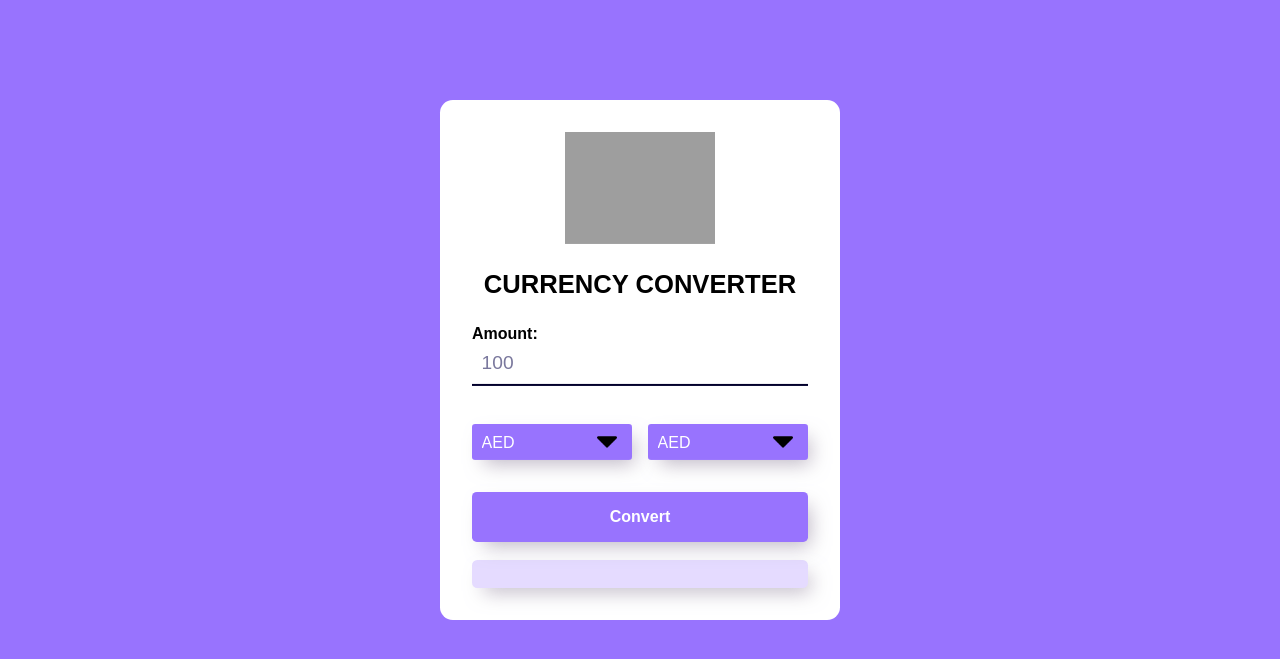
Repository: juansesu3/MoneyExchangeV4
Page: / (app in moneyConvertV4/)
The author's editor kept a copy of each file at every save. The page is drawn from the files as they stood at one save, then again after a run of saves.
The browser window is 1280 px wide. The pictures show the whole page.
Pictures or frames that could not be fetched are drawn as grey boxes. The page's requests for data from a server got no answer. The project was rebuilt for these pictures with package versions that can differ from the ones it lists, and the page was loaded fresh each time. No one was signed in, and anything a server would have sent is missing. Also part of the build but not shown: moneyConvertV4/vite.config.js.

Above is the page before, as saved 2023-03-29 09:48:14.

After the next 2 saves:
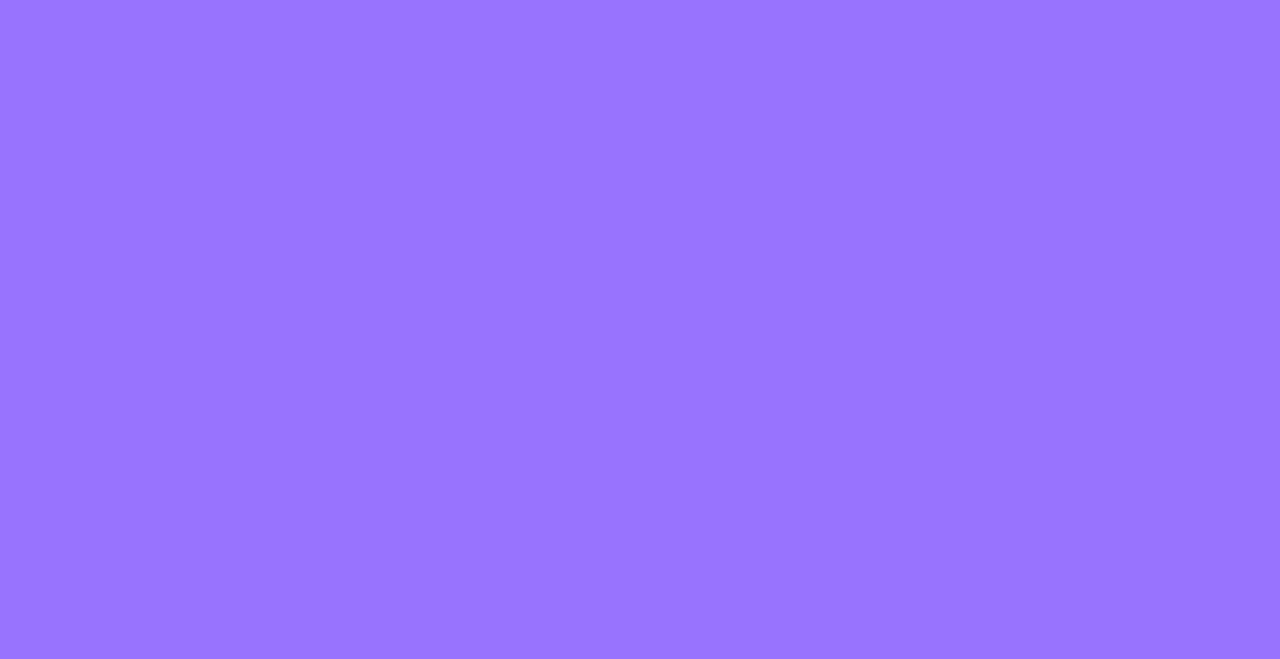
Console error: ReferenceError: from is not defined
The 2 saves are shown as one change because they came seconds apart.
The last was saved 2 min 12 s later.
--- a/moneyConvertV4/src/App.jsx
+++ b/moneyConvertV4/src/App.jsx
@@ -185,6 +185,7 @@
 
   let api = `https://v6.exchangerate-api.com/v6/48f9da01adc99f959985ea50/latest/USD`;
   const fromDropDown = document.getElementById('from-currency-select');
+  from
   const toDropDown = document.getElementById('to-currency-select')
 
 

After the 3 saves that followed:
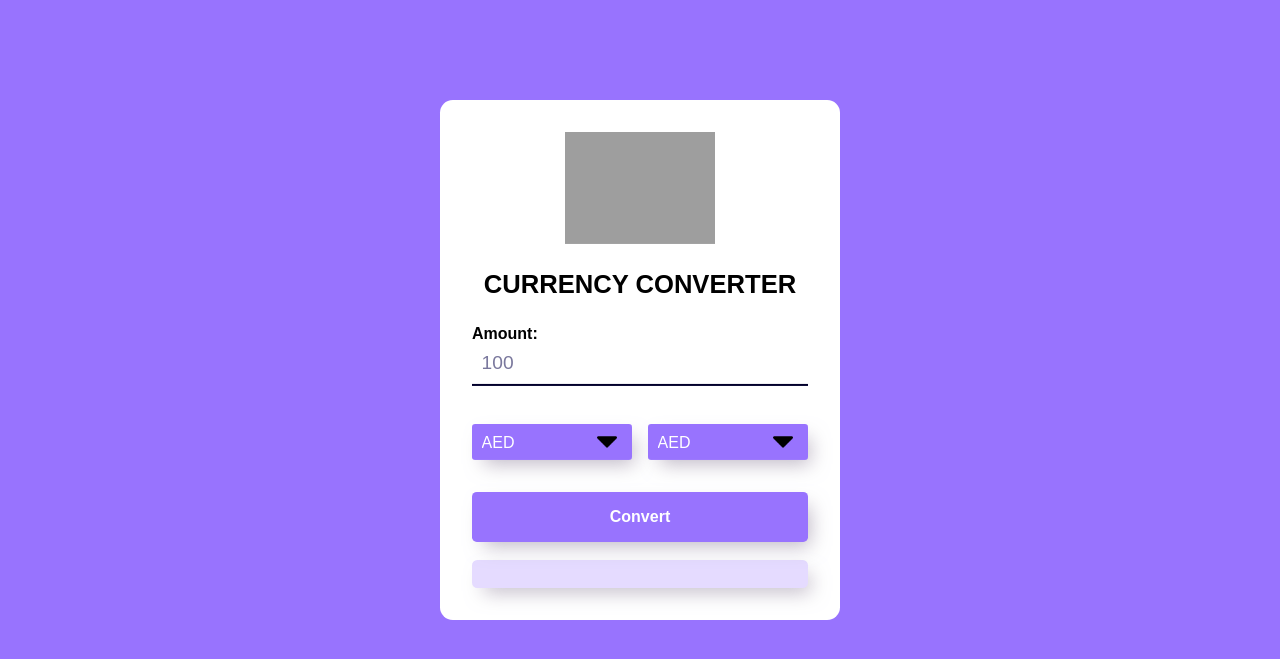
The error is gone.
The 3 saves are shown as one change because 1 left the picture as it was and some came seconds apart.
The last was saved 30 s later.
--- a/moneyConvertV4/src/App.jsx
+++ b/moneyConvertV4/src/App.jsx
@@ -185,7 +185,6 @@
 
   let api = `https://v6.exchangerate-api.com/v6/48f9da01adc99f959985ea50/latest/USD`;
   const fromDropDown = document.getElementById('from-currency-select');
-  from
   const toDropDown = document.getElementById('to-currency-select')
 
 
